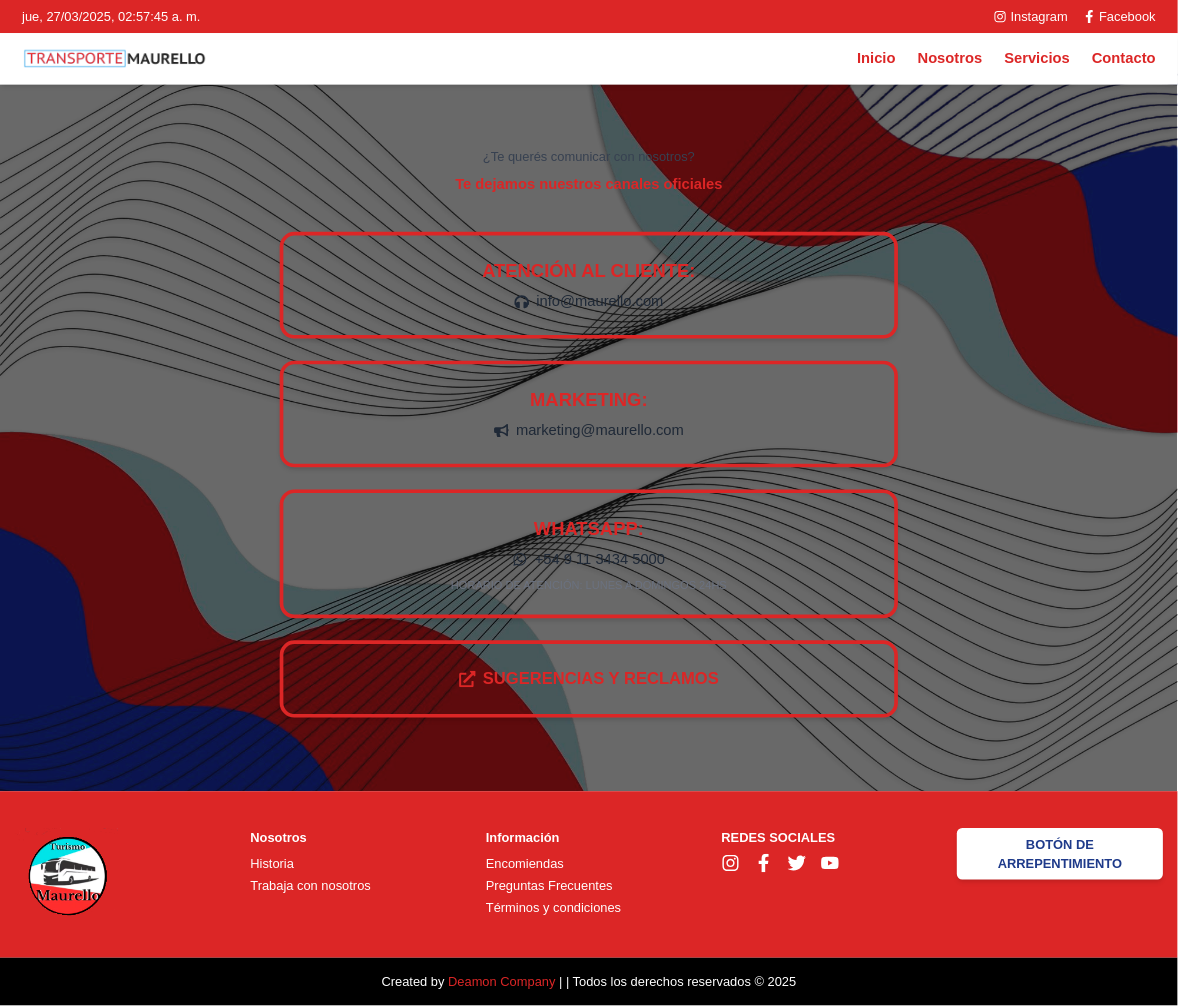
Repository: francoluca35/empresacolectivo
Page: /Contacto
An editor plug-in stored every save of this project. The page is shown before and after a run of saves, followed by the edit.
The browser window is 1280 px wide. The pictures show the whole page, at 92% of full size.
The project was rebuilt for these pictures with package versions that can differ from the ones it lists, and the page was loaded fresh each time. The framework's server and built-in components were replaced by stand-ins that run in the browser. Also part of the build but not shown: next.config.js, next.config.mjs.

Above is the page before, as saved 2025-03-27 02:57:40.

### src/app/layout.js
import { Inter } from "next/font/google";
import "./globals.css"

const inter = Inter({
  subsets: ["latin"],
  variable: "--font-inter",
});

export const metadata = {
  title: "Create Next App",
  description: "Generated by create next app",
};

export default function RootLayout({ children }) {
  return (
    <html lang="en">
      <body className={inter.variable}>
        {children}
      </body>
    </html>
  );
}

### src/app/Contacto/page.js
"use client";
import { FaHeadphones, FaBullhorn, FaWhatsapp, FaExternalLinkAlt } from "react-icons/fa";
import Navbar from "../Component/Navbar";
import Footer from "../Component/Footer";

export default function Contacto() {
  return (
    <>
    <Navbar />
    <section
  className="bg-cover bg-center bg-no-repeat mt-20 md:mt-20 py-20 px-6 text-center"
  style={{
    backgroundImage: "url('Assets/fondo-contacto.png')", // asegurate de que esté en la carpeta public/
  }}
>


      <p className="text-gray-700 text-sm mb-2">¿Te querés comunicar con nosotros?</p>
      <h2 className="text-red-600 font-semibold mb-10">
        Te dejamos nuestros canales oficiales
      </h2>

      <div className="max-w-2xl mx-auto flex flex-col gap-6">
        {/* Atención al cliente */}
        <div className="border-4 border-red-600 rounded-2xl py-6 px-4 shadow-md">
          <h3 className="text-xl text-red-600 font-bold mb-2">ATENCIÓN AL CLIENTE:</h3>
          <p className="text-gray-800 flex justify-center items-center gap-2">
            <FaHeadphones /> info@maurello.com
          </p>
        </div>

        {/* Marketing */}
        <div className="border-4 border-red-600 rounded-2xl py-6 px-4 shadow-md">
          <h3 className="text-xl text-red-600 font-bold mb-2">MARKETING:</h3>
          <p className="text-gray-800 flex justify-center items-center gap-2">
            <FaBullhorn /> marketing@maurello.com
          </p>
        </div>

        {/* WhatsApp */}
        <div className="border-4 border-red-600 rounded-2xl py-6 px-4 shadow-md">
          <h3 className="text-xl text-red-600 font-bold mb-2">WHATSAPP:</h3>
          <p className="text-gray-800 flex justify-center items-center gap-2 mb-2">
            <FaWhatsapp /> +54 9 11 3434 5000
          </p>
          <p className="text-xs text-gray-500">HORARIO DE ATENCIÓN: LUNES A DOMINGOS 24HS</p>
        </div>

        {/* Sugerencias y Reclamos */}
        <div className="border-4 border-red-600 rounded-2xl py-6 px-4 shadow-md cursor-pointer hover:bg-red-50 transition">
          <a
            href="#sugerencias"
            className="flex justify-center items-center gap-2 text-red-600 font-bold text-lg"
          >
            <FaExternalLinkAlt /> SUGERENCIAS Y RECLAMOS
          </a>
        </div>
      </div>
    </section>
    <Footer />
    </>
  );
}

### src/app/globals.css
@tailwind base;
@tailwind components;
@tailwind utilities;

@media (prefers-color-scheme: dark) {
  :root {
    --background: #4b4141;
    --foreground: #ededed;
  }
}

html,
body {
  max-width: 100vw;
  overflow-x: hidden;
}

body {
  color: var(--foreground);
  background: var(--background);
  font-family: Arial, Helvetica, sans-serif;
  -webkit-font-smoothing: antialiased;
  -moz-osx-font-smoothing: grayscale;
}

* {
  box-sizing: border-box;
  padding: 0;
  margin: 0;
}

a {
  color: inherit;
  text-decoration: none;
}

@media (prefers-color-scheme: dark) {
  html {
    color-scheme: dark;
  }
}

### src/app/Component/Navbar.js
"use client";
import Link from "next/link";
import Image from "next/image";
import { useState, useEffect } from "react";
import { useRouter } from "next/navigation";
import { FaBars, FaTimes, FaFacebookF, FaInstagram } from "react-icons/fa";

export default function Navbar() {
  const [isOpen, setIsOpen] = useState(false);
  const [time, setTime] = useState("");
  const router = useRouter(); // 👈 Hook para navegación

  const toggleMenu = () => {
    setIsOpen(!isOpen);
  };

  const goTo = (ruta) => {
    setIsOpen(false); // Cierra el menú móvil si está abierto
    router.push(ruta); // Navega a la ruta
  };

  useEffect(() => {
    const updateTime = () => {
      const now = new Date();
      const formatted = now.toLocaleString("es-AR", {
        weekday: "short",
        day: "2-digit",
        month: "2-digit",
        year: "numeric",
        hour: "2-digit",
        minute: "2-digit",
        second: "2-digit",
      });
      setTime(formatted);
    };

    updateTime();
    const interval = setInterval(updateTime, 1000);
    return () => clearInterval(interval);
  }, []);

  return (
    <div className="fixed top-0 left-0 w-full z-50">
      {/* Barra superior */}
      <div className="w-full bg-red-600 text-white text-sm py-2 px-6 flex flex-col md:flex-row md:justify-between md:items-center">
        <div className="text-center md:text-right font-medium">{time}</div>

        <div className="flex justify-center md:justify-start items-center space-x-4 mb-1 md:mb-0">
          <a
            href="https://www.instagram.com/tu_usuario"
            target="_blank"
            rel="noopener noreferrer"
            className="flex items-center space-x-1 hover:text-blue-400"
          >
            <FaInstagram className="text-white" />
            <span>Instagram</span>
          </a>
          <a
            href="https://www.facebook.com/tu_usuario"
            target="_blank"
            rel="noopener noreferrer"
            className="flex items-center space-x-1 hover:text-blue-400"
          >
            <FaFacebookF className="text-white" />
            <span>Facebook</span>
          </a>
        </div>
      </div>

      {/* Navbar principal */}
      <nav className="w-full bg-white text-white shadow-md">
        <div className="max-w-7xl mx-auto px-6 py-4 flex justify-between items-center">
          <img
            src="Assets/navbar.png"
            alt="Maurello S.A Logo"
            width={200}
            height={50}
            priority
          />

          {/* Navegación desktop */}
          <div className="hidden md:flex space-x-6 font-semibold">
            <button onClick={() => goTo("/")} className="hover:text-blue-400 transition text-red-600">Inicio</button>
            <button onClick={() => goTo("/About")} className="hover:text-blue-400 transition text-red-600">Nosotros</button>
            <button onClick={() => goTo("/Servicios")} className="hover:text-blue-400 transition text-red-600">Servicios</button>
            <button onClick={() => goTo("/Contacto")} className="hover:text-blue-400 transition text-red-600">Contacto</button>
          </div>

          {/* Botón hamburguesa */}
          <div className="md:hidden">
            <button onClick={toggleMenu} className="text-red-600">
              {isOpen ? <FaTimes className="h-6 w-6" /> : <FaBars className="h-6 w-6" />}
            </button>
          </div>
        </div>

        {/* Navegación móvil */}
        {isOpen && (
          <div className="md:hidden bg-white py-4 px-6">
            <div className="flex flex-col space-y-4">
              <button onClick={() => goTo("/")} className="hover:text-blue-400 transition text-red-600">Inicio</button>
              <button onClick={() => goTo("/About")} className="hover:text-blue-400 transition text-red-600">Nosotros</button>
              <button onClick={() => goTo("/Servicios")} className="hover:text-blue-400 transition text-red-600">Servicios</button>
              <button onClick={() => goTo("/Contacto")} className="hover:text-blue-400 transition text-red-600">Contacto</button>
            </div>
          </div>
        )}
      </nav>
    </div>
  );
}

### src/app/Component/Footer.js
import {
  FaInstagram,
  FaFacebookF,
  FaTwitter,
  FaYoutube,
} from "react-icons/fa";

export default function Footer() {
  return (
    <div>
      <footer className="bg-red-600 text-white py-10 px-4">
        <div className="max-w-7xl mx-auto grid grid-cols-1 md:grid-cols-5 gap-8 items-start text-sm">
          {/* Logo */}
          <div className="flex flex-col items-start">
            <img src="Assets/footer.png" alt="Logo" className="w-28" />
          </div>

          {/* Nosotros */}
          <div>
            <h4 className="font-bold mb-2">Nosotros</h4>
            <ul className="space-y-1">
              <li><a href="#" className="hover:underline">Historia</a></li>
              <li><a href="#" className="hover:underline">Trabaja con nosotros</a></li>
            </ul>
          </div>

          {/* Información */}
          <div>
            <h4 className="font-bold mb-2">Información</h4>
            <ul className="space-y-1">
              <li><a href="#" className="hover:underline">Encomiendas</a></li>
              <li><a href="#" className="hover:underline">Preguntas Frecuentes</a></li>
              <li><a href="#" className="hover:underline">Términos y condiciones</a></li>
            </ul>
          </div>

          {/* Redes Sociales */}
          <div>
            <h4 className="font-bold mb-2">REDES SOCIALES</h4>
            <div className="flex space-x-4 text-white text-xl">
              <a href="#"><FaInstagram /></a>
              <a href="#"><FaFacebookF /></a>
              <a href="#"><FaTwitter /></a>
              <a href="#"><FaYoutube /></a>
            </div>
          </div>

          {/* Botón de arrepentimiento */}
          <div className="flex justify-start md:justify-end">
            <button className="bg-white text-blue-900 px-4 py-2 rounded-md font-bold shadow-md text-sm">
              BOTÓN DE ARREPENTIMIENTO
            </button>
          </div>
        </div>
      </footer>

      {/* Derechos reservados */}
      <div className="text-center p-4 text-sm text-white bg-black">
      <span>Created by <a className="text-red-600 hover:text-[15px]" href="https://deamondd.com" target="_blank">Deamon Company</a></span> | | Todos los derechos reservados © 2025
      </div>
    </div>
  );
}

### tailwind.config.js
module.exports = {
  content: [
    "./src/app/**/*.{js,ts,jsx,tsx}",
    "./src/components/**/*.{js,ts,jsx,tsx}"
  ],
  theme: {
    extend: {},
  },
  plugins: [],
};

After the next 2 saves:
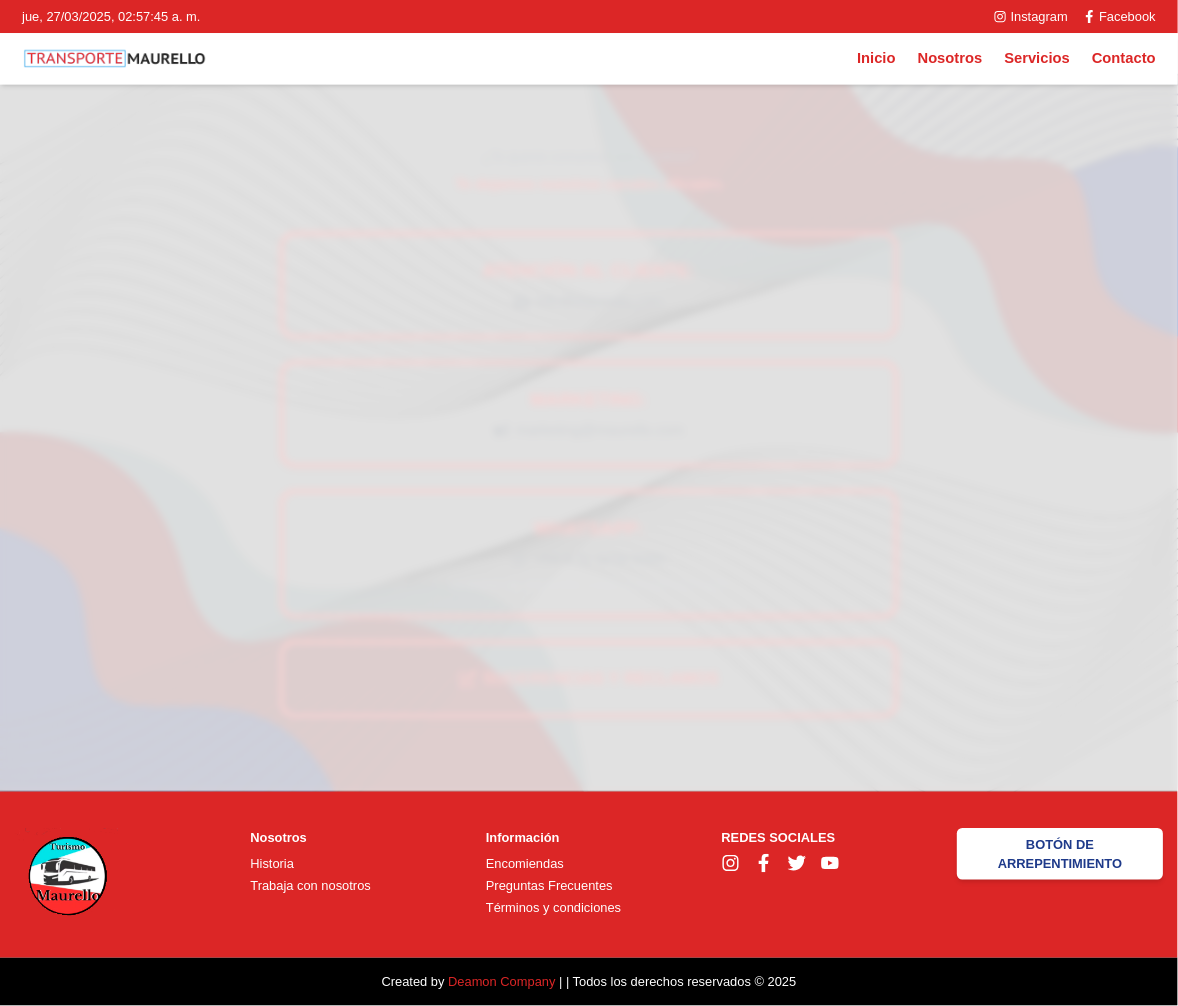
The 2 saves are shown as one change because 1 did not build or start.
The last was saved 82 s later.
--- a/src/app/Contacto/page.js
+++ b/src/app/Contacto/page.js
@@ -8,11 +8,17 @@
     <>
     <Navbar />
     <section
-  className="bg-cover bg-center bg-no-repeat mt-20 md:mt-20 py-20 px-6 text-center"
+  className="relative bg-cover bg-center bg-no-repeat mt-20 md:mt-20 py-20 px-6 text-center"
   style={{
-    backgroundImage: "url('Assets/fondo-contacto.png')", // asegurate de que esté en la carpeta public/
+    backgroundImage: "url('/Assets/fondo-contacto.png')",
   }}
 >
+  <div className="absolute inset-0 bg-white/80 backdrop-blur-sm z-0" />
+  <div className="relative z-10">
+    {/* todo el contenido actual va adentro de este div */}
+  </div>
+
+
 
 
       <p className="text-gray-700 text-sm mb-2">¿Te querés comunicar con nosotros?</p>

After the save that followed:
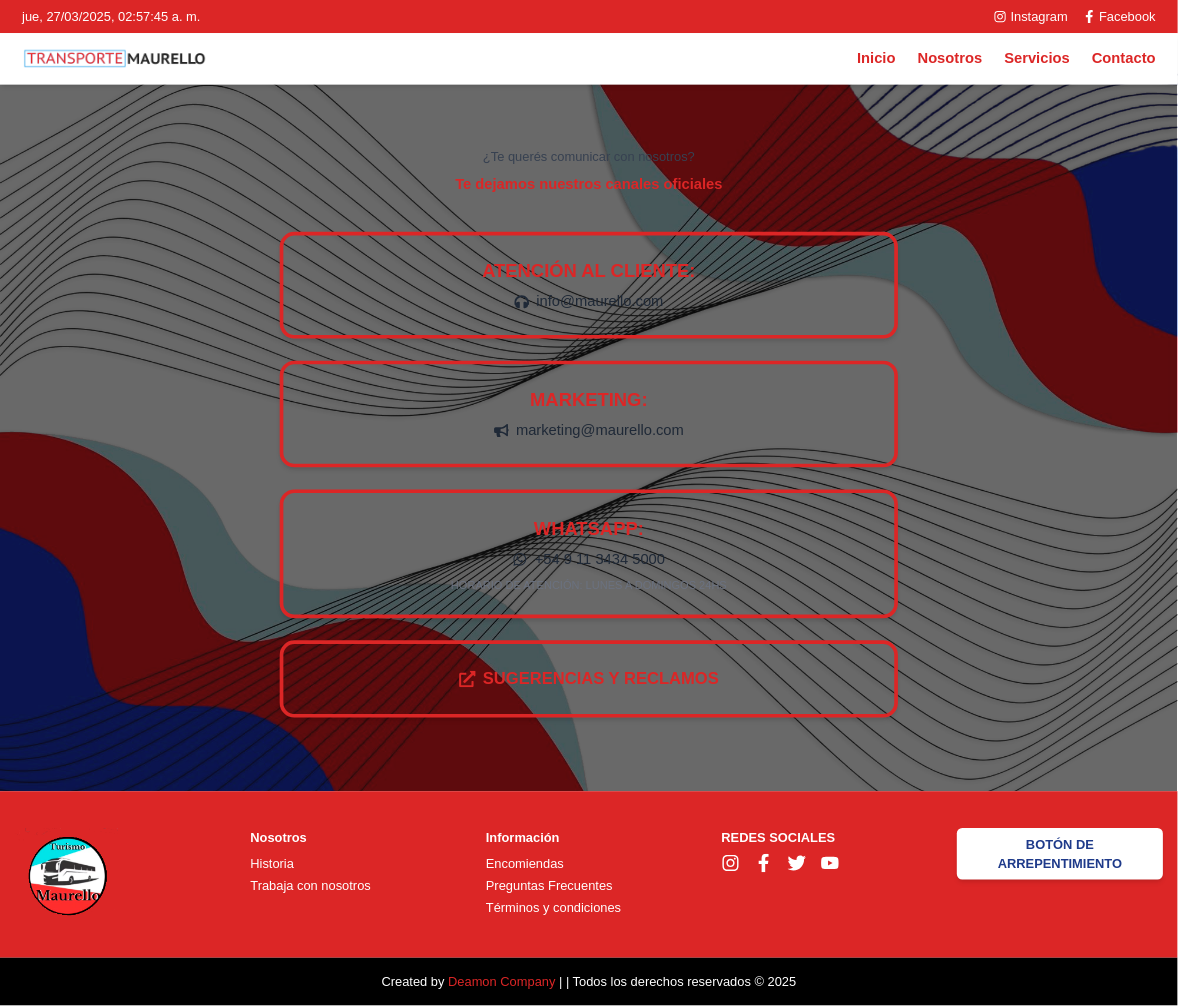
Saved 29 s later.
--- a/src/app/Contacto/page.js
+++ b/src/app/Contacto/page.js
@@ -8,17 +8,11 @@
     <>
     <Navbar />
     <section
-  className="relative bg-cover bg-center bg-no-repeat mt-20 md:mt-20 py-20 px-6 text-center"
+  className="bg-cover bg-center bg-no-repeat mt-20 md:mt-20 py-20 px-6 text-center"
   style={{
-    backgroundImage: "url('/Assets/fondo-contacto.png')",
+    backgroundImage: "url('Assets/fondo-contacto.png')", // asegurate de que esté en la carpeta public/
   }}
 >
-  <div className="absolute inset-0 bg-white/80 backdrop-blur-sm z-0" />
-  <div className="relative z-10">
-    {/* todo el contenido actual va adentro de este div */}
-  </div>
-
-
 
 
       <p className="text-gray-700 text-sm mb-2">¿Te querés comunicar con nosotros?</p>
